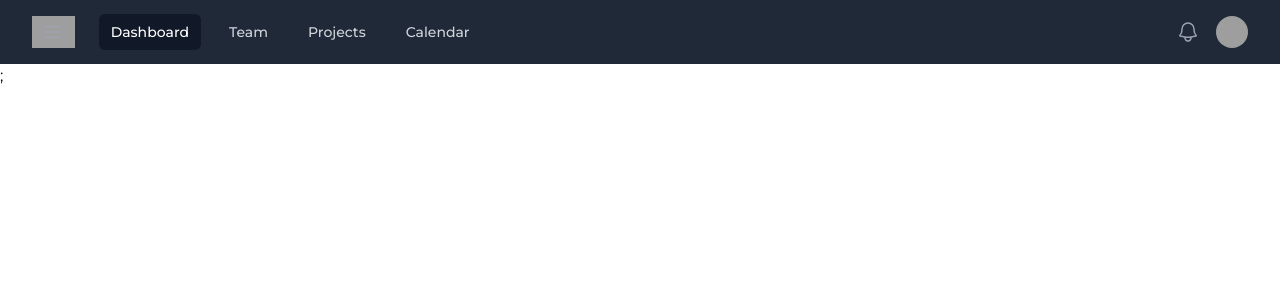
Repository: LuisSempre/mks
Page: /bar
An editor plug-in stored every save of this project. The page is shown before and after the next save, followed by the edit.
The browser window is 1280 px wide. The pictures show the whole page.
Pictures or frames that could not be fetched are drawn as grey boxes. The project was rebuilt for these pictures with package versions that can differ from the ones it lists, and the page was loaded fresh each time. The framework's server and built-in components were replaced by stand-ins that run in the browser. Also part of the build but not shown: next.config.js.

Above is the page before, as saved 2023-01-24 01:45:11.

### pages/_app.tsx
import "../styles/globals.css";
import type { AppProps } from "next/app";
import { Montserrat } from "@next/font/google";

const montserrat = Montserrat({
  subsets: ["latin"],
});

function MyApp({ Component, pageProps }: AppProps) {
  return (
    <div className={montserrat.className}>
      <Component {...pageProps} />;
    </div>
  );
}

export default MyApp;

### pages/bar.tsx
import { NextPage } from "next";
import SidebarCar from "../components/SidebarCar";

const Bar: NextPage = () => {
  return (
    <>
      <SidebarCar />
    </>
  );
};

export default Bar;

### components/SidebarCar.tsx
import { Fragment } from "react";
import { Disclosure, Menu, Transition } from "@headlessui/react";
import { Bars3Icon, BellIcon, XMarkIcon } from "@heroicons/react/24/outline";

const navigation = [
  { name: "Dashboard", href: "#", current: true },
  { name: "Team", href: "#", current: false },
  { name: "Projects", href: "#", current: false },
  { name: "Calendar", href: "#", current: false },
];

function classNames(...classes: string[]) {
  return classes.filter(Boolean).join(" ");
}

export default function Example() {
  return (
    <Disclosure as='nav' className='bg-gray-800'>
      {({ open }) => (
        <>
          <div className='px-2 mx-auto max-w-7xl sm:px-6 lg:px-8'>
            <div className='relative flex items-center justify-between h-16'>
              <div className='absolute inset-y-0 left-0 flex items-center'>
                {/* Mobile menu button*/}
                <Disclosure.Button className='inline-flex items-center justify-center p-2 text-gray-400 rounded-md hover:bg-gray-700 hover:text-white focus:outline-none focus:ring-2 focus:ring-inset focus:ring-white'>
                  <span className='sr-only'>Open main menu</span>
                  {open ? (
                    <XMarkIcon className='block w-6 h-6' aria-hidden='true' />
                  ) : (
                    <Bars3Icon className='block w-6 h-6' aria-hidden='true' />
                  )}
                </Disclosure.Button>
              </div>
              <div className='flex items-center justify-center flex-1 sm:items-stretch sm:justify-start'>
                <div className='flex items-center flex-shrink-0'>
                  <img
                    className='block w-auto h-8 lg:hidden'
                    src='https://tailwindui.com/img/logos/mark.svg?color=indigo&shade=500'
                    alt='Your Company'
                  />
                  <img
                    className='hidden w-auto h-8 lg:block'
                    src='https://tailwindui.com/img/logos/mark.svg?color=indigo&shade=500'
                    alt='Your Company'
                  />
                </div>
                <div className='hidden sm:ml-6 sm:block'>
                  <div className='flex space-x-4'>
                    {navigation.map((item) => (
                      <a
                        key={item.name}
                        href={item.href}
                        className={classNames(
                          item.current
                            ? "bg-gray-900 text-white"
                            : "text-gray-300 hover:bg-gray-700 hover:text-white",
                          "px-3 py-2 rounded-md text-sm font-medium",
                        )}
                        aria-current={item.current ? "page" : undefined}
                      >
                        {item.name}
                      </a>
                    ))}
                  </div>
                </div>
              </div>
              <div className='absolute inset-y-0 right-0 flex items-center pr-2 sm:static sm:inset-auto sm:ml-6 sm:pr-0'>
                <button
                  type='button'
                  className='p-1 text-gray-400 bg-gray-800 rounded-full hover:text-white focus:outline-none focus:ring-2 focus:ring-white focus:ring-offset-2 focus:ring-offset-gray-800'
                >
                  <span className='sr-only'>View notifications</span>
                  <BellIcon className='w-6 h-6' aria-hidden='true' />
                </button>

                {/* Profile dropdown */}
                <Menu as='div' className='relative ml-3'>
                  <div>
                    <Menu.Button className='flex text-sm bg-gray-800 rounded-full focus:outline-none focus:ring-2 focus:ring-white focus:ring-offset-2 focus:ring-offset-gray-800'>
                      <span className='sr-only'>Open user menu</span>
                      <img
                        className='w-8 h-8 rounded-full'
                        src='https://images.unsplash.com/photo-1472099645785-5658abf4ff4e?ixlib=rb-1.2.1&ixid=eyJhcHBfaWQiOjEyMDd9&auto=format&fit=facearea&facepad=2&w=256&h=256&q=80'
                        alt=''
                      />
                    </Menu.Button>
                  </div>
                  <Transition
                    as={Fragment}
                    enter='transition ease-out duration-100'
                    enterFrom='transform opacity-0 scale-95'
                    enterTo='transform opacity-100 scale-100'
                    leave='transition ease-in duration-75'
                    leaveFrom='transform opacity-100 scale-100'
                    leaveTo='transform opacity-0 scale-95'
                  >
                    <Menu.Items className='absolute right-0 z-10 w-48 py-1 mt-2 origin-top-right bg-white rounded-md shadow-lg ring-1 ring-black ring-opacity-5 focus:outline-none'>
                      <Menu.Item>
                        {({ active }) => (
                          <a
                            href='#'
                            className={classNames(
                              active ? "bg-gray-100" : "",
                              "block px-4 py-2 text-sm text-gray-700",
                            )}
                          >
                            Your Profile
                          </a>
                        )}
                      </Menu.Item>
                      <Menu.Item>
                        {({ active }) => (
                          <a
                            href='#'
                            className={classNames(
                              active ? "bg-gray-100" : "",
                              "block px-4 py-2 text-sm text-gray-700",
                            )}
                          >
                            Settings
                          </a>
                        )}
                      </Menu.Item>
                      <Menu.Item>
                        {({ active }) => (
                          <a
                            href='#'
                            className={classNames(
                              active ? "bg-gray-100" : "",
                              "block px-4 py-2 text-sm text-gray-700",
                            )}
                          >
                            Sign out
                          </a>
                        )}
                      </Menu.Item>
                    </Menu.Items>
                  </Transition>
                </Menu>
              </div>
            </div>
          </div>

          <Disclosure.Panel className='sm:hidden'>
            <div className='px-2 pt-2 pb-3 space-y-1'>
              {navigation.map((item) => (
                <Disclosure.Button
                  key={item.name}
                  as='a'
                  href={item.href}
                  className={classNames(
                    item.current
                      ? "bg-gray-900 text-white"
                      : "text-gray-300 hover:bg-gray-700 hover:text-white",
                    "block px-3 py-2 rounded-md text-base font-medium",
                  )}
                  aria-current={item.current ? "page" : undefined}
                >
                  {item.name}
                </Disclosure.Button>
              ))}
            </div>
          </Disclosure.Panel>
        </>
      )}
    </Disclosure>
  );
}

Loaded but not shown: styles/globals.css (common file); tailwind.config.js (common file)

After the next save:
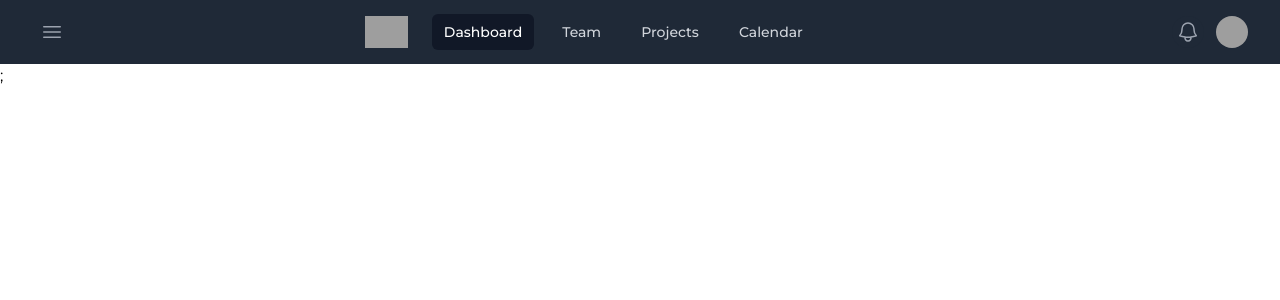
Saved 43 s later.
--- a/components/SidebarCar.tsx
+++ b/components/SidebarCar.tsx
@@ -31,7 +31,7 @@
                   )}
                 </Disclosure.Button>
               </div>
-              <div className='flex items-center justify-center flex-1 sm:items-stretch sm:justify-start'>
+              <div className='flex items-stretch items-center justify-start justify-center flex-1'>
                 <div className='flex items-center flex-shrink-0'>
                   <img
                     className='block w-auto h-8 lg:hidden'

After the save that followed:
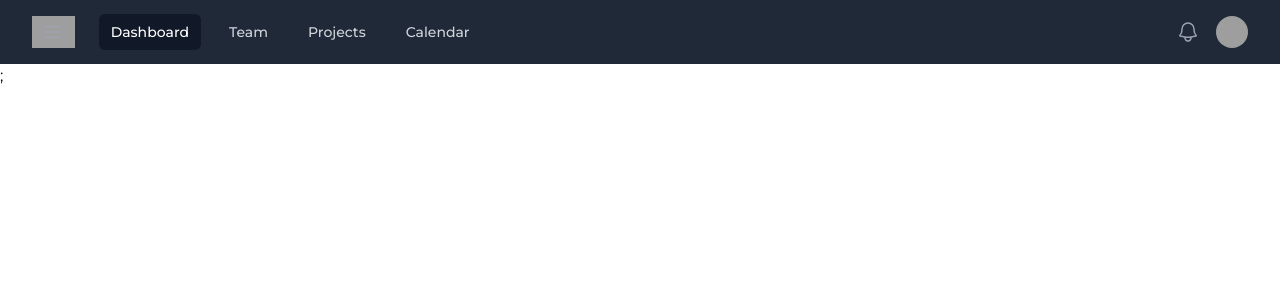
Saved 14 s later.
--- a/components/SidebarCar.tsx
+++ b/components/SidebarCar.tsx
@@ -31,7 +31,7 @@
                   )}
                 </Disclosure.Button>
               </div>
-              <div className='flex items-stretch items-center justify-start justify-center flex-1'>
+              <div className='flex items-center justify-center flex-1 sm:items-stretch sm:justify-start'>
                 <div className='flex items-center flex-shrink-0'>
                   <img
                     className='block w-auto h-8 lg:hidden'
